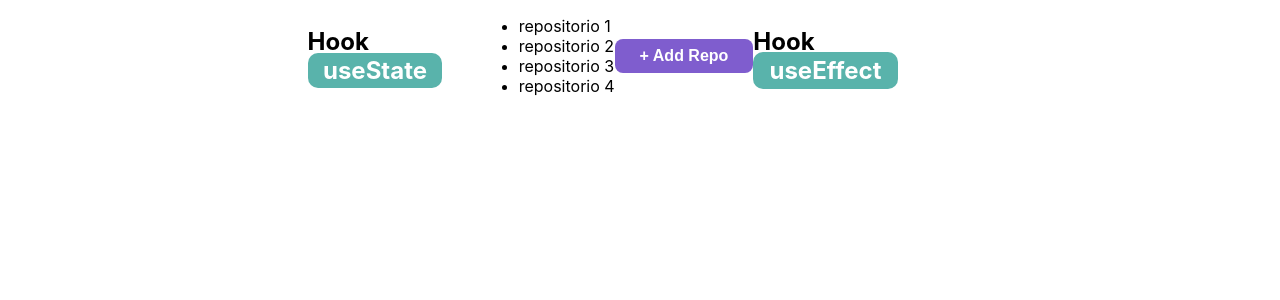
Repository: thiagolucio/react-hooks-use
Page: /
An editor plug-in stored every save of this project. The page is shown before and after a run of saves, followed by the edit.
The browser window is 1280 px wide. The pictures show the whole page.
The project was rebuilt for these pictures with package versions that can differ from the ones it lists, and the page was loaded fresh each time.

Above is the page before, as saved 2022-03-08 22:52:42.

### src/index.css
body {
  margin: 0;
  padding: 0;
  overflow-x: hidden;
  font-family: -apple-system, BlinkMacSystemFont, 'Segoe UI', 'Roboto', 'Oxygen',
    'Ubuntu', 'Cantarell', 'Fira Sans', 'Droid Sans', 'Helvetica Neue',
    sans-serif;
  -webkit-font-smoothing: antialiased;
  -moz-osx-font-smoothing: grayscale;
}

code {
  font-family: source-code-pro, Menlo, Monaco, Consolas, 'Courier New',
    monospace;
}

.container_column_center {
  display: flex;
  flex-direction: column;
  justify-content: flex-start;
  align-items: center;
}

.container_row_center {
  display: flex;
  flex-direction: row;
  justify-content: flex-start;
}


.font18px {font-size: 18px;}
.font20px {font-size: 20px;}
.font22px {font-size: 22px;}
.font24px {font-size: 24px;}

### src/App.js
import React from "react";
import "./App.css";

import UseStateExample from "./Components/UseStateExample";
import UseEffectExample from "./Components/UseEffectExample";

function App() {
  return (
    <div className="container">
        <UseStateExample />
        <UseEffectExample />
    </div>
  );
}

export default App;

### src/App.css
.container {
    display: flex;
    align-items: center;
    justify-content: center;
}

.flex-row {
    flex-direction: row;
}
.flex-column {
    flex-direction: column;
}

### src/Components/UseStateExample.js
import React, { useState } from "react";
import "./UseStateExample.css";

function UseStateExample() {

  const [repositories, setRepositories] = useState([
    { id: 1, name: "repositorio 1" },
    { id: 2, name: "repositorio 2" },
    { id: 3, name: "repositorio 3" },
    { id: 4, name: "repositorio 4" },
  ]);

    function handleAddRepo() {

        let numName  = repositories.length + 1;

        setRepositories([...repositories, { id: Math.random(), name: "repositorio " + numName}]);
    }

  return (
    <div className="container">
      <h2>Hook <span className="badge-title">useState</span></h2>
      <ul>
        {repositories.map((repo) => (
          <li key={repo.id}>{repo.name}</li>
        ))}
      </ul>
      <button className="buttonApp" onClick={handleAddRepo}>+ Add Repo</button>
    </div>
  );
}

export default UseStateExample;

### src/Components/UseEffectExample.js
import React, { useState } from "react";
import "./UseStateExample.css";

function UseEffectExample() {

  const [repositories, setRepositories] = useState([]);

    function handleAddRepo() {

    }

  return (
    <div className="container">
      <h2>Hook <span className="badge-title">useEffect</span></h2>
      <ul>
        {repositories.map((repo) => (
          <li key={repo.id}>{repo.name}</li>
        ))}
      </ul>
    </div>
  );
}

export default UseEffectExample;

### src/Components/UseStateExample.css
.buttonApp {
    font-size: 16px;
    padding: 8px 25px;
    background-color: #7f5dce;
    border: 2px solid #7f5dce;
    color: #fff;
    font-weight: bold;
    border: none;
    border-radius: 8px;
}

.buttonApp:hover {
    background-color: white;
    border: 2px solid #7f5dce;
    color: #7f5dce;
    transition: all 0.2s ease-in;
    cursor: pointer;
}

.buttonApp:click {
    background-color: 45336e;
    border: 2px solid #45336e;
    color: #7f5dce;
    transition: all 0.2s ease-in;
    cursor: pointer;
}

.badge-title {
    font-size: 24px;
    padding: 2% 9%;
    background-color: #59b3ab;
    color: #fff;
    font-weight: bold;
    border: none;
    border-radius: 10px;
}

Loaded but not shown: public/index.html (common file); src/index.js (common file); src/reportWebVitals.js (common file)

After the next 2 saves:
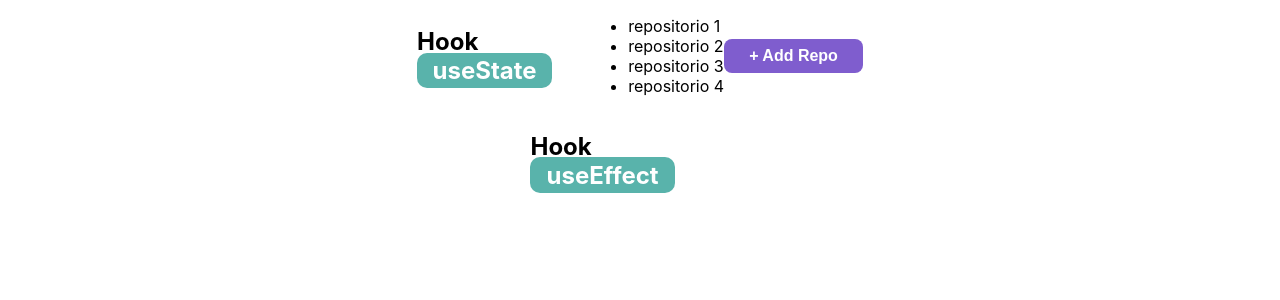
The 2 saves are shown as one change because they came seconds apart.
The last was saved 8 s later.
--- a/src/App.js
+++ b/src/App.js
@@ -6,10 +6,10 @@ import UseEffectExample from "./Components/UseEffectExample";
 
 function App() {
   return (
-    <div className="container">
+    <>
         <UseStateExample />
         <UseEffectExample />
-    </div>
+    </>
   );
 }
 
